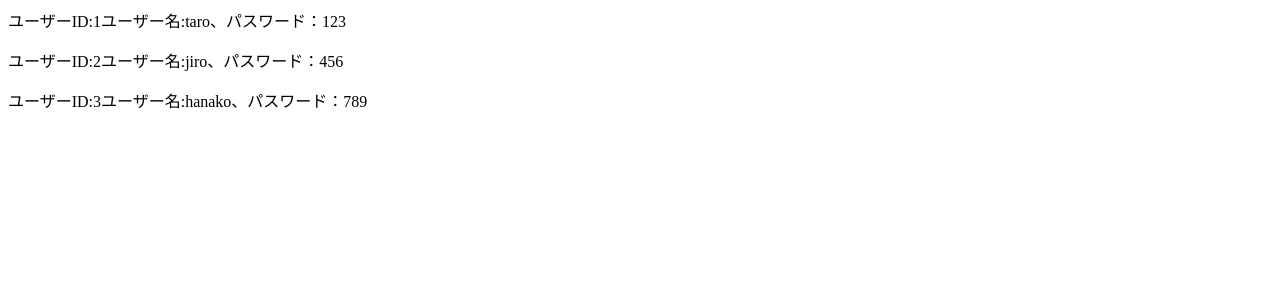
Repository: maeda-y42/test
Page: http://localhost/HelloServlet/MySQLServlet
The author's editor kept a copy of each file at every save. The page is drawn from the files as they stood at one save, then again after the next save.
The browser window is 1280 px wide. The pictures show the whole page.
The page is served by Tomcat 9. Other server files are loaded and not shown. The database holds what the project's SQL file puts in it.

Above is the page before, as saved 2019-12-25 11:23:53.

### HelloServlet/src/MySQLServlet.java
import java.io.IOException;
import java.io.PrintWriter;
import java.sql.Connection;
import java.sql.DriverManager;
import java.sql.ResultSet;
import java.sql.SQLException;
import java.sql.Statement;

import javax.servlet.ServletException;
import javax.servlet.annotation.WebServlet;
import javax.servlet.http.HttpServlet;
import javax.servlet.http.HttpServletRequest;
import javax.servlet.http.HttpServletResponse;

@WebServlet("/MySQLServlet")
public class MySQLServlet extends HttpServlet{
	public MySQLServlet(){
		super();
	}

	protected void doGet(HttpServletRequest request, HttpServletResponse response)throws
ServletException, IOException{
		request.setCharacterEncoding("UTF-8");
		response.setContentType("text/html; charset=UTF-8");

		PrintWriter out = response.getWriter();

		out.println("<html>");
		out.println("<head>");
		out.println("<title>データベーステスト</title>");
		out.println("</head>");
		out.println("<body>");

		Connection conn = null;
		String url = "jdbc:mysql://localhost/testdb_yurika";
		String user = "root";
		String password = "mysql";

		try{
			Class.forName("com.mysql.jdbc.Driver").newInstance();
			conn = DriverManager.getConnection(url,user,password);

			Statement stmt = conn.createStatement();
			String sql = "SELECT * FROM test_table";
			ResultSet rs = stmt.executeQuery(sql);

			while(rs.next()){
				int userId = rs.getInt("user_id");
				String userName = rs.getString("user_name");
				String userPassword = rs.getString("password");
				out.println("<p>");
				out.println("ユーザーID:"+ userId+"ユーザー名:"+userName+"、パスワード："+
				userPassword);
				out.println("</p>");
			}

			rs.close();
			stmt.close();

		}catch(ClassNotFoundException e){
			out.println("ClassNotFoundException:"+e.getMessage());
		}catch(SQLException e){
			out.println("Exception:"+e.getMessage());
		}catch (Exception e){
			out.println("Exception:"+e.getMessage());
		}finally{
			try{
				if(conn !=null){
					conn.close();
				}
			}catch(SQLException e){
				out.println("SQLException:"+e.getMessage());
			}
		}

		out.println("</body>");
		out.println("</html>");
	}
}

### HelloServlet/sql/testdb.sql (the tables this page reads)
create table test_table(
user_id int,
user_name varchar(255),
password varchar(255)
);

insert into test_table values(1,"taro","123");

insert into test_table values(2,"jiro","456");

insert into test_table values(3,"hanako","789");

After the next save:
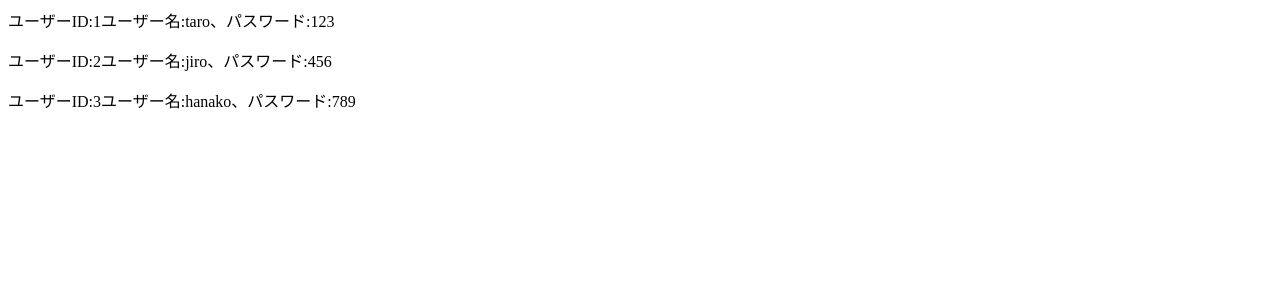
Saved 15 min 30 s later.
--- a/HelloServlet/src/MySQLServlet.java
+++ b/HelloServlet/src/MySQLServlet.java
@@ -49,8 +49,7 @@ ServletException, IOException{
 				String userName = rs.getString("user_name");
 				String userPassword = rs.getString("password");
 				out.println("<p>");
-				out.println("ユーザーID:"+ userId+"ユーザー名:"+userName+"、パスワード："+
-				userPassword);
+				out.println("ユーザーID:"+userId+"ユーザー名:"+userName+"、パスワード:"+userPassword);
 				out.println("</p>");
 			}
 
